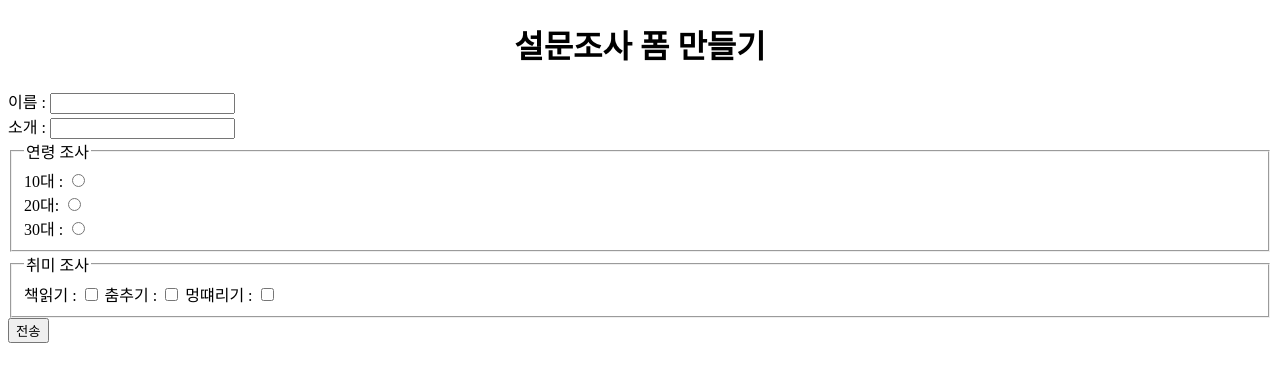
Repository: KimJaeHwan98/tomcat01
Page: http://localhost/3_req_res/quiz/ex01_form.jsp
An editor plug-in stored every save of this project. The page is shown before and after the next save, followed by the edit.
The browser window is 1280 px wide. The pictures show the whole page.
The page is served by Tomcat 9.

Above is the page before, as saved 2024-04-29 06:24:49.

### 3_req_res/src/main/webapp/quiz/ex01_form.jsp
<%@ page language="java" contentType="text/html; charset=UTF-8"
    pageEncoding="UTF-8"%>
<!DOCTYPE html>
<html>
<head>
<meta charset="UTF-8">

<title>Insert title here</title>

</head>
<style>
    .center {
        margin: 0 auto;
        width: 50%; /* Adjust the width as needed */
        text-align: center;
    }
</style>

<body>
<div class="center">
<h1>설문조사 폼 만들기</h1>
</div>
<%String path = request.getContextPath();%>
<form action="<%= path %>/quiz/ex01_result.jsp" method="post">

이름 : <input type="text" name ="a1" ><br>

소개 : <input type = "text" name ="a2"><br>

 <fieldset>
        <legend>연령 조사</legend>
        10대 : <input type="radio" name="radio"><br>
        20대: <input type="radio" name="radio"><br>
        30대 : <input type="radio" name="radio"><br>

    </fieldset>
<fieldset>
        <legend>취미 조사</legend>
       책읽기 : <input type="checkbox" name="chk">
       춤추기 : <input type="checkbox" name="chk">
       멍떄리기 : <input type="checkbox" name="chk">

    </fieldset>

 <input type="submit" value="전송">





</form>
</body>
</html>

After the next save:
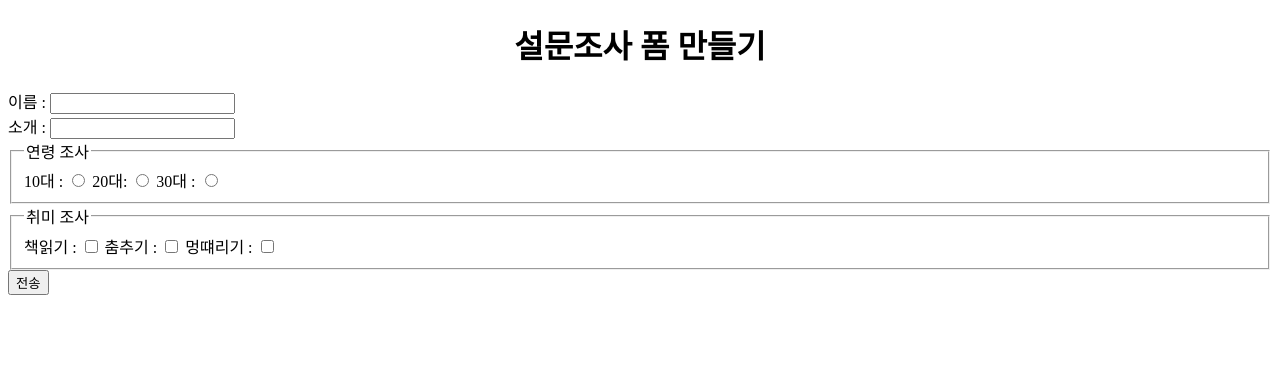
Saved 30 s later.
--- a/3_req_res/src/main/webapp/quiz/ex01_form.jsp
+++ b/3_req_res/src/main/webapp/quiz/ex01_form.jsp
@@ -29,9 +29,9 @@
 
  <fieldset>
         <legend>연령 조사</legend>
-        10대 : <input type="radio" name="radio"><br>
-        20대: <input type="radio" name="radio"><br>
-        30대 : <input type="radio" name="radio"><br>
+        10대 : <input type="radio" name="radio">
+        20대: <input type="radio" name="radio">
+        30대 : <input type="radio" name="radio">
 
     </fieldset>
 <fieldset>
